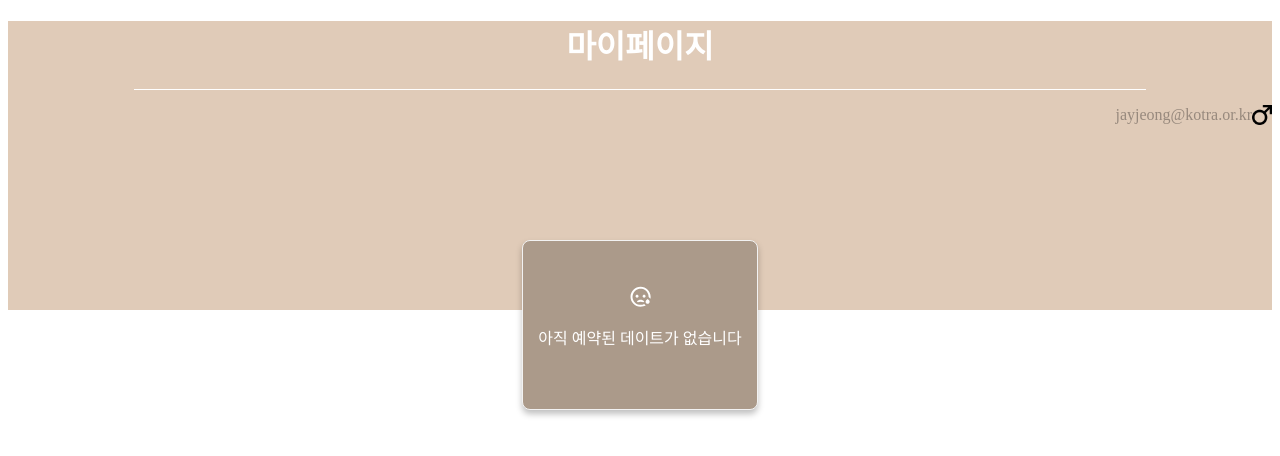
Repository: Jay-Jeong1988/speed_dating_pwa
Page: /booked_events
These files come from the project's save history. The page is drawn as it stood at one moment and after the next save; the edit follows.
The browser window is 1280 px wide. The pictures show the whole page.
The project was rebuilt for these pictures with package versions that can differ from the ones it lists, and the page was loaded fresh each time. Also part of the build but not shown: vue.config.js, src/views/LoginPage.vue, src/views/DashBoard.vue, src/views/SubmitResultPage.vue.

Above is the page before, as saved 2023-02-11 22:34:53.

### src/App.vue
<template>
  <router-view/>
</template>

<style>
#app {
  font-family: Avenir, Helvetica, Arial, sans-serif;
  -webkit-font-smoothing: antialiased;
  -moz-osx-font-smoothing: grayscale;
  text-align: center;
  color: #ffffff;
  background-color: #E0CBB8;
  font-family: Battambang;
}

nav {
  padding: 30px;
}

nav a {
  font-weight: bold;
  color: #2c3e50;
}

nav a.router-link-exact-active {
  color: #42b983;
}

ul {
  list-style-type: none;
}
</style>

### src/router/index.js
import { createRouter, createWebHistory } from 'vue-router'
import LoginPage from '../views/LoginPage.vue'
import DashBoard from '../views/DashBoard.vue'
import BookedEventsPage from '../views/BookedEventsPage.vue'
import SubmitResultPage from '../views/SubmitResultPage'

const routes = [
  {
    path: '/',
    name: 'loginPage',
    component: LoginPage
  },
  {
    path: '/dashboard',
    name: 'dashBoard',
    component: DashBoard
  },
  {
    path: '/booked_events',
    name: 'Booked_events_page',
    component: BookedEventsPage
  },
  {
    path: '/submit_result',
    name: 'Submit_result_page',
    component: SubmitResultPage
  }
]

const router = createRouter({
  history: createWebHistory(process.env.BASE_URL),
  routes
})

export default router

### src/views/BookedEventsPage.vue
<template>
    <div class="BookedEventsPage">
      <Header>{{ this.headerTitle }}</Header>
      <div class="menuContainer" v-if="booked_events.length">
        <div class="reservation-type">내 예약</div>
        <ul class="menus" v-for="event in booked_events" :key="event.id">
            <li >
              <div class="reservation">
                <div class="reservation-card">
                  <p>일정 {{ event.date }} {{  event.time }}</p>
                  <p>장소 {{ event.branch }}</p>
                </div>
              </div>
            </li>
        </ul>
        <div class="reservation-type">이용 완료</div>
        <ul class="menus" v-for="event in completed_events" :key="event.id">
            <li >
              <div class="reservation">
                <div class="reservation-card">
                  <p>일정 {{ event.date }} {{  event.time }}</p>
                  <p>장소 {{ event.branch }}</p>
                </div>
              </div>
            </li>
        </ul>
      </div>
      <NoReservationCard v-else></NoReservationCard>
    </div>
  </template>
  <script>
  import NoReservationCard from '../components/no_reservation_card.vue'
  import Header from '../components/header.vue'
  import events from '../assets/test_data/events.json'
  export default {
    name: 'Booked_events_page',
    props: {

    },
    data() {
      return {
        headerTitle: "",
        booked_events: [],
        completed_events: []
      }
    },
    methods: {
    },
    components: { Header, NoReservationCard },
    mounted() {
      events.forEach((item)=>{
        if(item.isOver){
          this.completed_events.push(item)
        }else {
          this.completed_events.push(item)
        }
      })
    }
  }

  </script>

  <!-- Add "scoped" attribute to limit CSS to this component only -->
  <style scoped lang="scss">
    .reservation-type {
      width: 300px;
      height: 34px;
      background: #AB9A8A;
      border-radius: 8px;
      margin-bottom: 20px;
    }
    .reservation-card {
      box-sizing: border-box;
      width: 300px;
      height: 100px;
      background: #E0CBB8;
      border: 1px solid #FFFFFF;
      box-shadow: 0px 4px 6px rgba(0, 0, 0, 0.25);
      border-radius: 8px;
    }
  </style>

### src/components/header.vue
<template>
     <div class="page-header">
        <h1 class="title">마이페이지</h1>
      </div>
      <div class="userInfo">
        <p id="emailAddress">jayjeong@kotra.or.kr</p>
        <img id="gender-icon" src="../assets/images/gender-male.png"/>
      </div>
</template>
<script>
    export default {
        name: 'Header_component',
        data() {
            return {}
        }
    }
</script>
<style scoped lang="scss">
    .page-header {
        width: 80%;
        margin: auto;
        border-bottom: 1px solid #fff;
    }
    .userInfo {
        display: flex;
        justify-content: flex-end;
        align-items: center;
        color: #97897D;
        #gender-icon {
            width: 20px;
            height: 20px;
        }
    }
</style>

### src/components/no_reservation_card.vue
<template>
    <div class="no-appointment-card">
      <img id="no-reservation-icon" src="../assets/images/no_appointment.svg"/>
      <p>아직 예약된 데이트가 없습니다</p>
    </div>
</template>
<script>
export default {
  name: 'no_appointment_card',
  props: {

  },
  data() {
    return {
    }
  },
  methods: {
  }
}
</script>

<!-- Add "scoped" attribute to limit CSS to this component only -->
<style scoped lang="scss">
.no-appointment-card {
    box-sizing: border-box;
    width: 236px;
    height: 170px;
    background: #AB9A8A;
    border: 0.845px solid #F2F2F2;
    box-shadow: 0px 4px 6px rgba(0, 0, 0, 0.25);
    border-radius: 8px;
    display: flex;
    flex-direction: column;
    justify-content: center;
    align-items: center;
    position: relative;
    margin: auto;
    top: 100px;
    #no-reservation-icon {
        width: 25px;
        height: 25px;
    }
}
</style>

### src/assets/test_data/events.json
[
    {
        "id": 0,
        "date": "Mon, Feb 2, 2023",
        "time": "14:00",
        "branch": "세종점",
        "party_size": 20,
        "price": 100000,
        "attendees": [],
        "isOver": true
    },
    {
        "id": 0,
        "date": "Mon, Feb 2, 2023",
        "time": "14:00",
        "branch": "부산점",
        "party_size": 20,
        "price": 100000,
        "attendees": [],
        "isOver": false
    },
    {
        "id": 0,
        "date": "Mon, Feb 2, 2023",
        "time": "14:00",
        "branch": "강남점",
        "party_size": 20,
        "price": 100000,
        "attendees": [],
        "isOver": false
    }
]

Loaded but not shown: public/index.html (common file); src/main.js (common file); src/registerServiceWorker.js (common file)

After the next save:
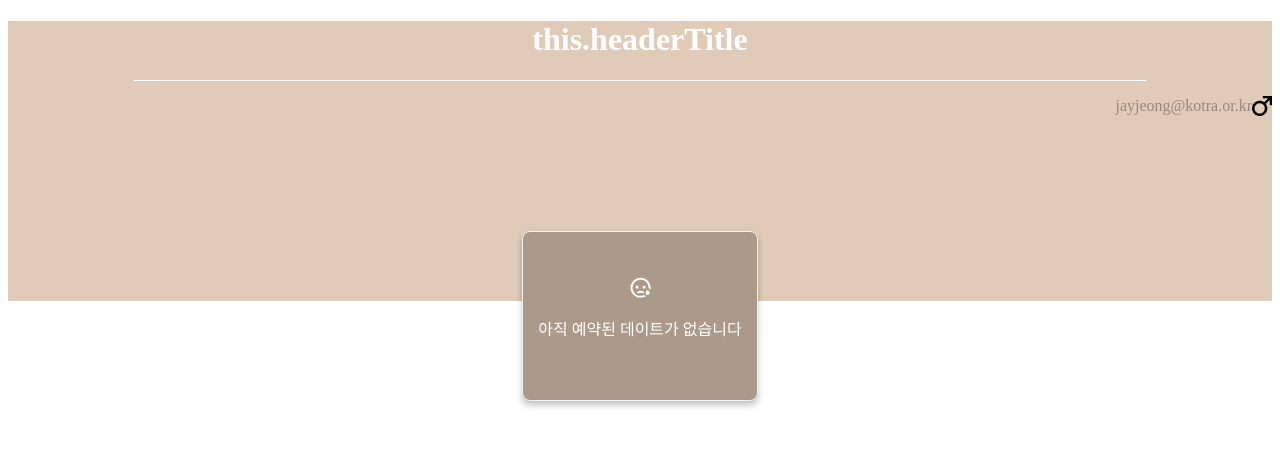
Saved 18 s later.
--- a/src/components/header.vue
+++ b/src/components/header.vue
@@ -1,6 +1,6 @@
 <template>
      <div class="page-header">
-        <h1 class="title">마이페이지</h1>
+        <h1 class="title">this.headerTitle</h1>
       </div>
       <div class="userInfo">
         <p id="emailAddress">jayjeong@kotra.or.kr</p>
